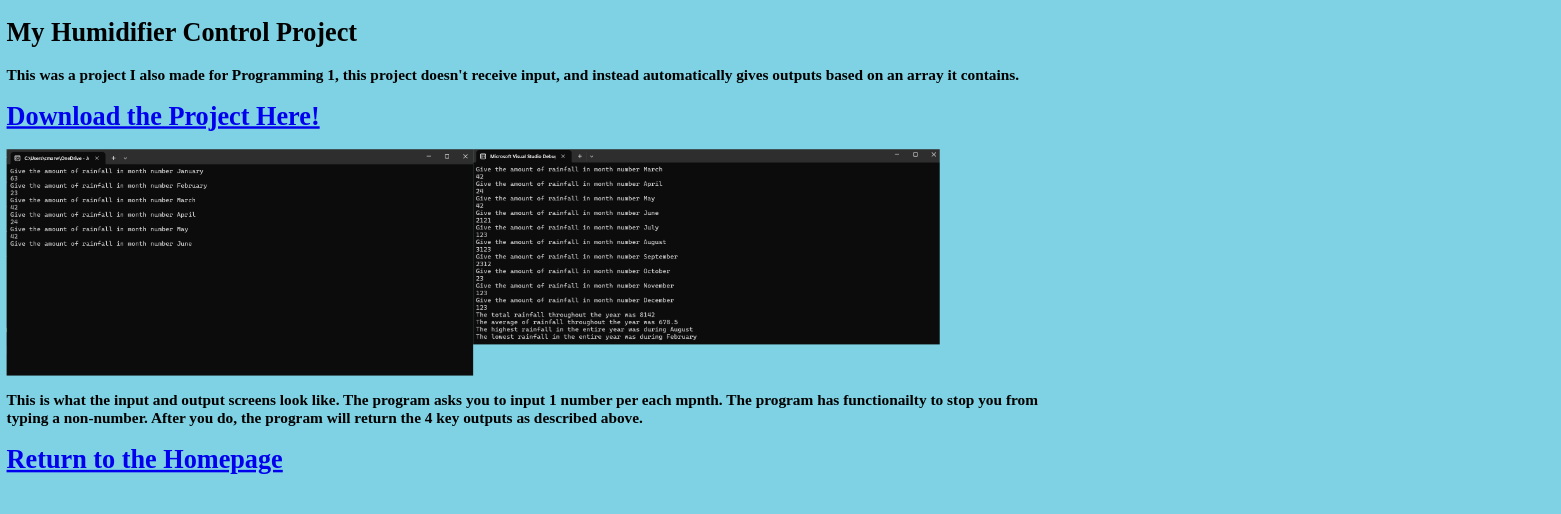
Repository: captainm64/captainm64
Page: projectshow2.html
The author's editor kept a copy of each file at every save. The page is drawn from the files as they stood at one save, then again after the next save.
The browser window is 1280 px wide. The page is 1904 px wide, so the pictures cover 1904 px, including what lies to the right of the window. The pictures show the whole page, at 82% of full size.

Above is the page before, as saved 2026-05-12 10:20:58.

After the next save:
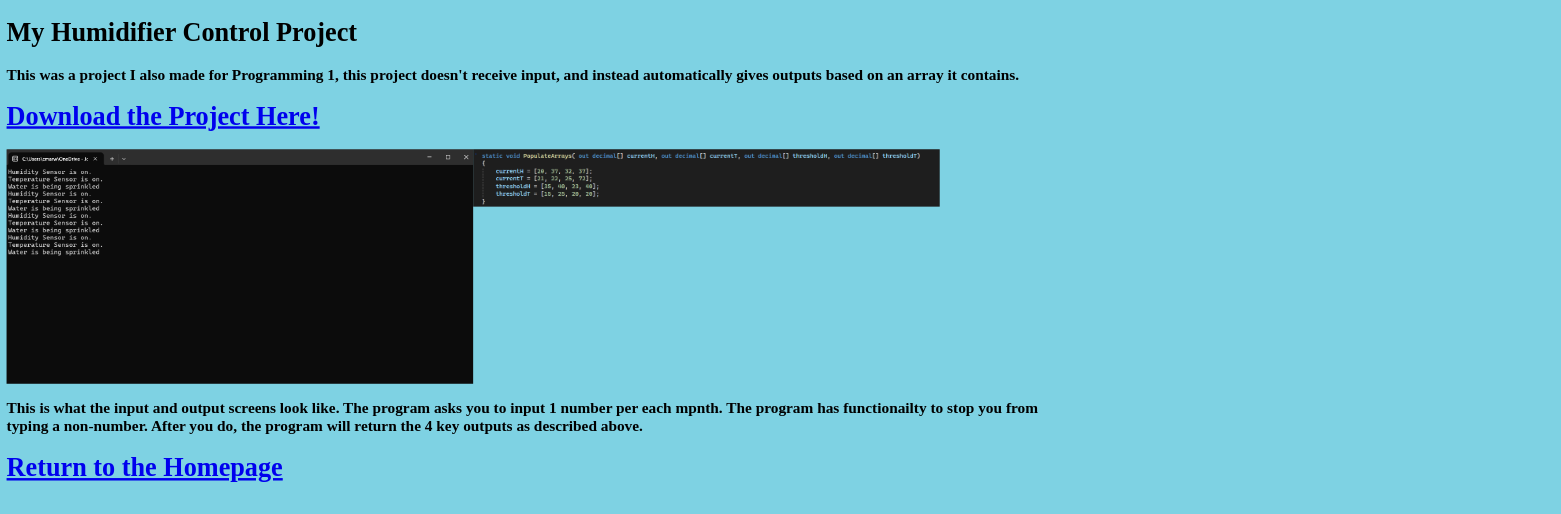
Saved 66 s later.
--- a/projectshow2.html
+++ b/projectshow2.html
@@ -15,9 +15,9 @@
 
 
 <div class = "demos">
- <img src="../../assets/images/demo1.png" alt = "Code demonstration: numbers being put in"/>
+ <img src="../../assets/images/demo3.png" alt = "Code demonstration: numbers being put in"/>
 
- <img src="../../assets/images/demo2.png" alt = "Code demonstration: result"/>
+ <img src="../../assets/images/demo4.png" alt = "Code demonstration: result"/>
 </div>
 
 <div class = "dscrib">
